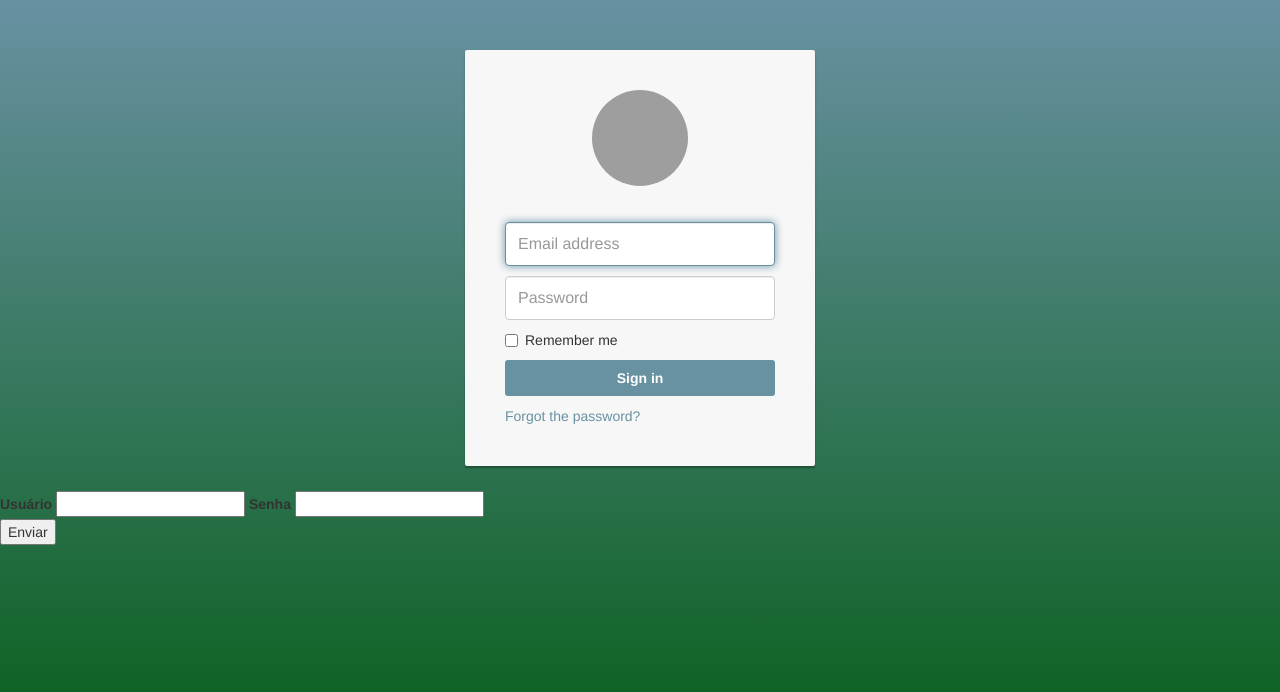
Repository: JacksonPassos/JAAS
Page: http://localhost/gerenciador/jsp/login.jsp
The author's editor kept a copy of each file at every save. The page is drawn from the files as they stood at one save, then again after the next save.
The browser window is 1280 px wide. The pictures show the whole page.
Pictures or frames that could not be fetched are drawn as grey boxes. The page is served by Tomcat 9.

Above is the page before, as saved 2017-05-16 21:23:14.
Console error: ReferenceError: $ is not defined

After the next save:
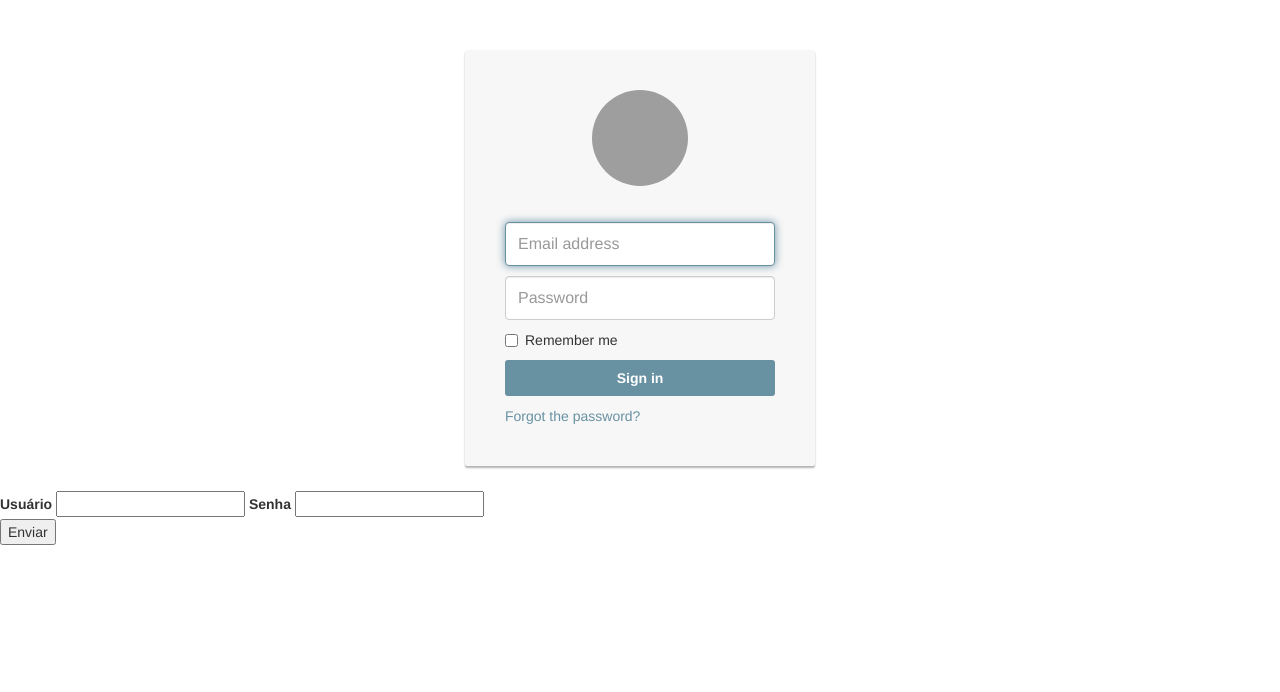
Saved 55 s later.
--- a/gerenciador/WebContent/jsp/login.jsp
+++ b/gerenciador/WebContent/jsp/login.jsp
@@ -15,7 +15,7 @@
 body, html {
     height: 100%;
     background-repeat: no-repeat;
-    background-image: linear-gradient(rgb(104, 145, 162), rgb(12, 97, 33));
+
 }
 
 .card-container.card {
